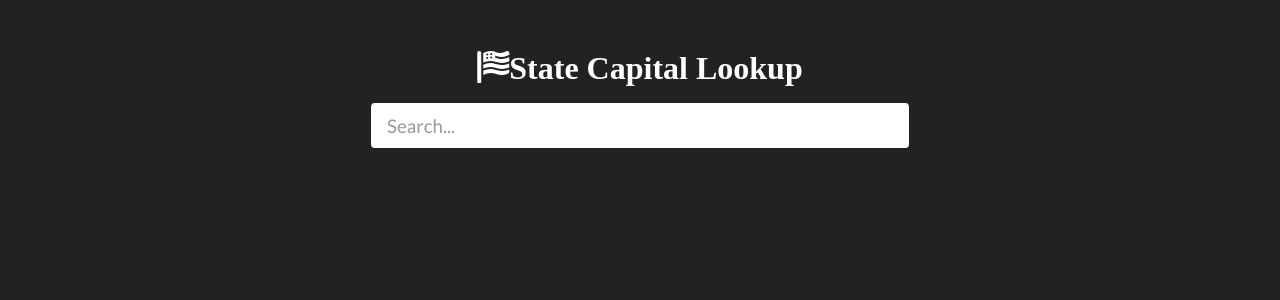
Repository: konstantin0s/search-capitals
Page: index.html
These files come from the project's save history. The page is drawn as it stood at one moment and after the next save; the edit follows.
The browser window is 1280 px wide. The pictures show the whole page.
Some web libraries are served in a nearby version.

Above is the page before, as saved 2019-04-27 19:21:41.
Console error: TypeError: Cannot read properties of null (reading 'addEventListener')

After the next save:
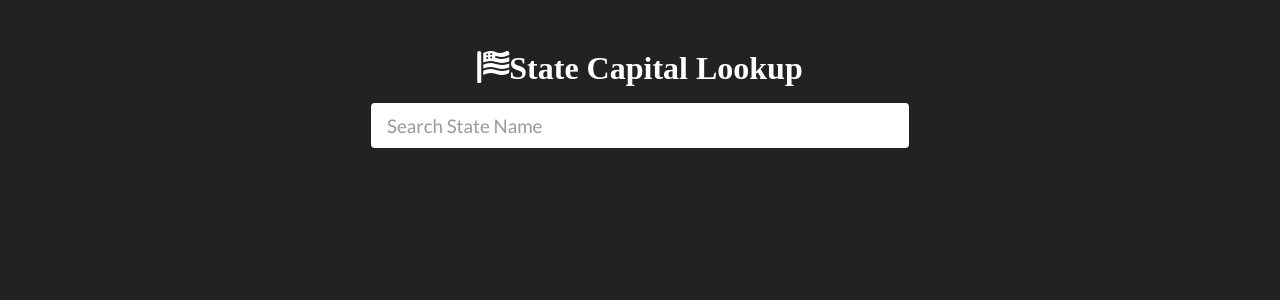
Saved 63 s later.
--- a/index.html
+++ b/index.html
@@ -18,7 +18,7 @@
  <i class="fas fa-flag-usa">State Capital Lookup</i>
       </h3>
       <div class="form-group">
-        <input id="Search State Name" placeholder="Search..." type="text" class="form-control form-control-lg">
+        <input id="search" placeholder="Search State Name" type="text" class="form-control form-control-lg">
 
       </div>
       <div id="match-list"></div>
